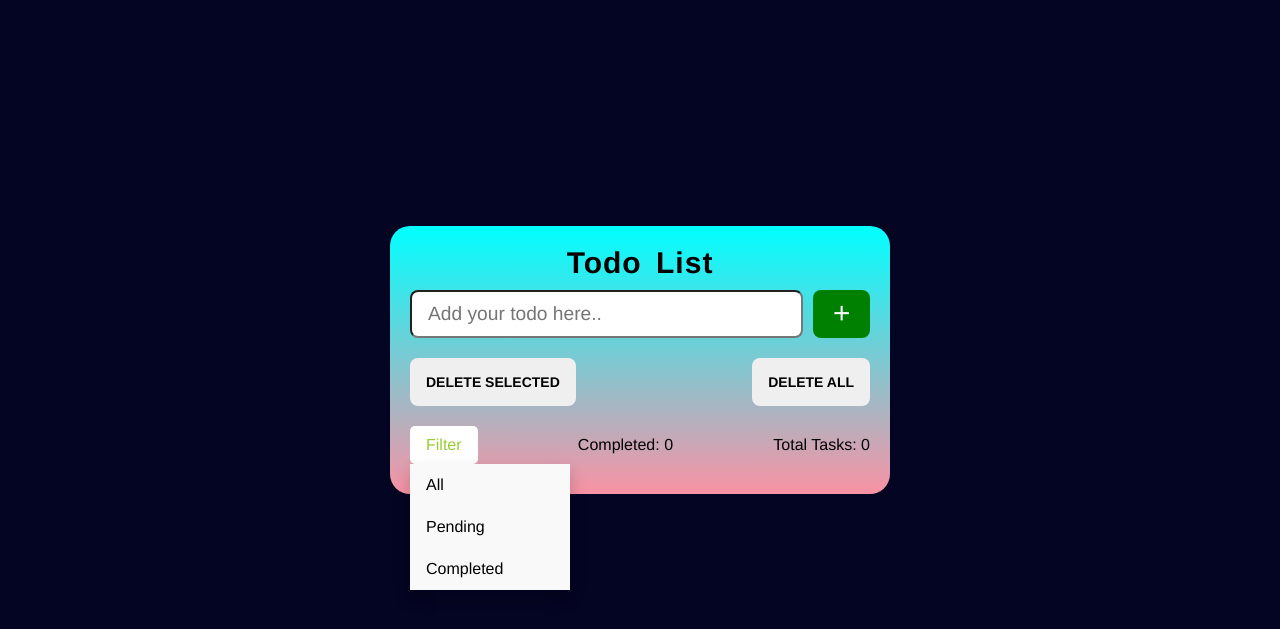
Repository: purnimapatel/to-do-list-CN-SkillTest-Assignment
Page: index.html
The author's editor kept a copy of each file at every save. The page is drawn from the files as they stood at one save, then again after the next save.
The browser window is 1280 px wide. The pictures show the whole page.
The pointer rests on the first visible `.dropdown`.

Above is the page before, as saved 2024-06-02 13:51:06.

After the next save:
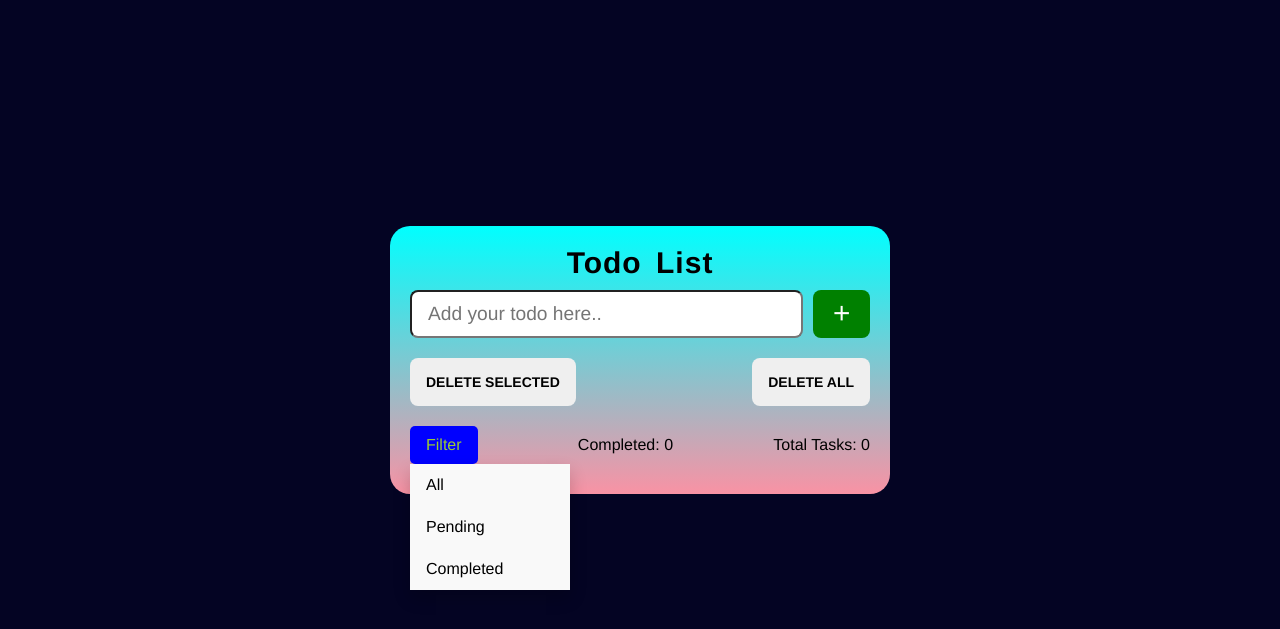
Saved 3 min 44 s later.
--- a/style.css
+++ b/style.css
@@ -260,7 +260,7 @@ dropdown*/
   }
 
   .dropdown:hover .dropbtn {
-    background-color: white;
+    background-color: blue;
     color: yellowgreen;
   }
 
